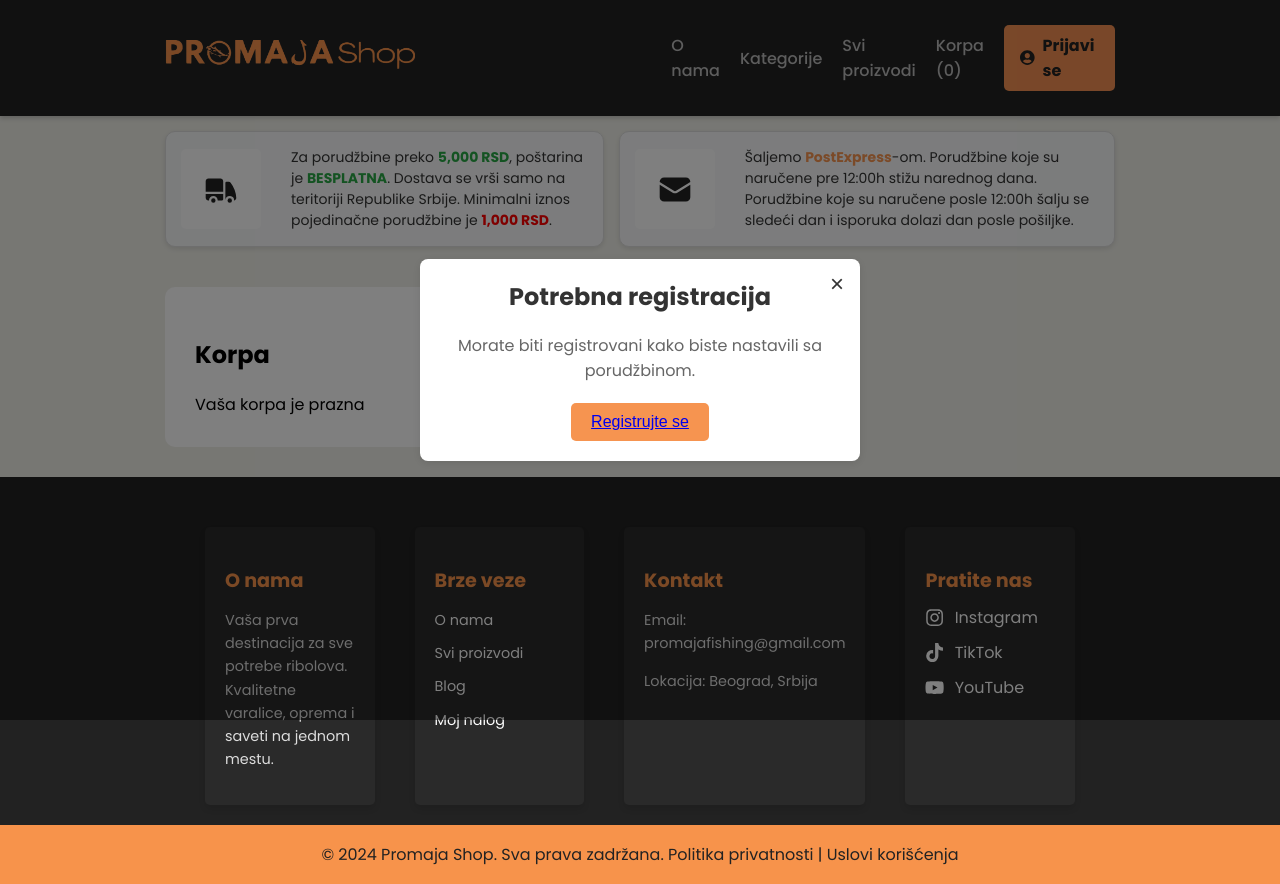
Repository: dimitrijekokovic/PromajaShopFront
Page: /cart
An editor plug-in stored every save of this project. The page is shown before and after the next save, followed by the edit.
The browser window is 1280 px wide. The pictures show the whole page.
The page's requests for data from a server got no answer. The project was rebuilt for these pictures with package versions that can differ from the ones it lists, and the page was loaded fresh each time. The framework's server and built-in components were replaced by stand-ins that run in the browser. No one was signed in, and anything a server would have sent is missing. Also part of the build but not shown: next.config.js, next.config.mjs, lib/colors.js, components/Button.js, components/Table.js, components/Input.js.

Above is the page before, as saved 2025-02-20 14:55:52.

After the next save:
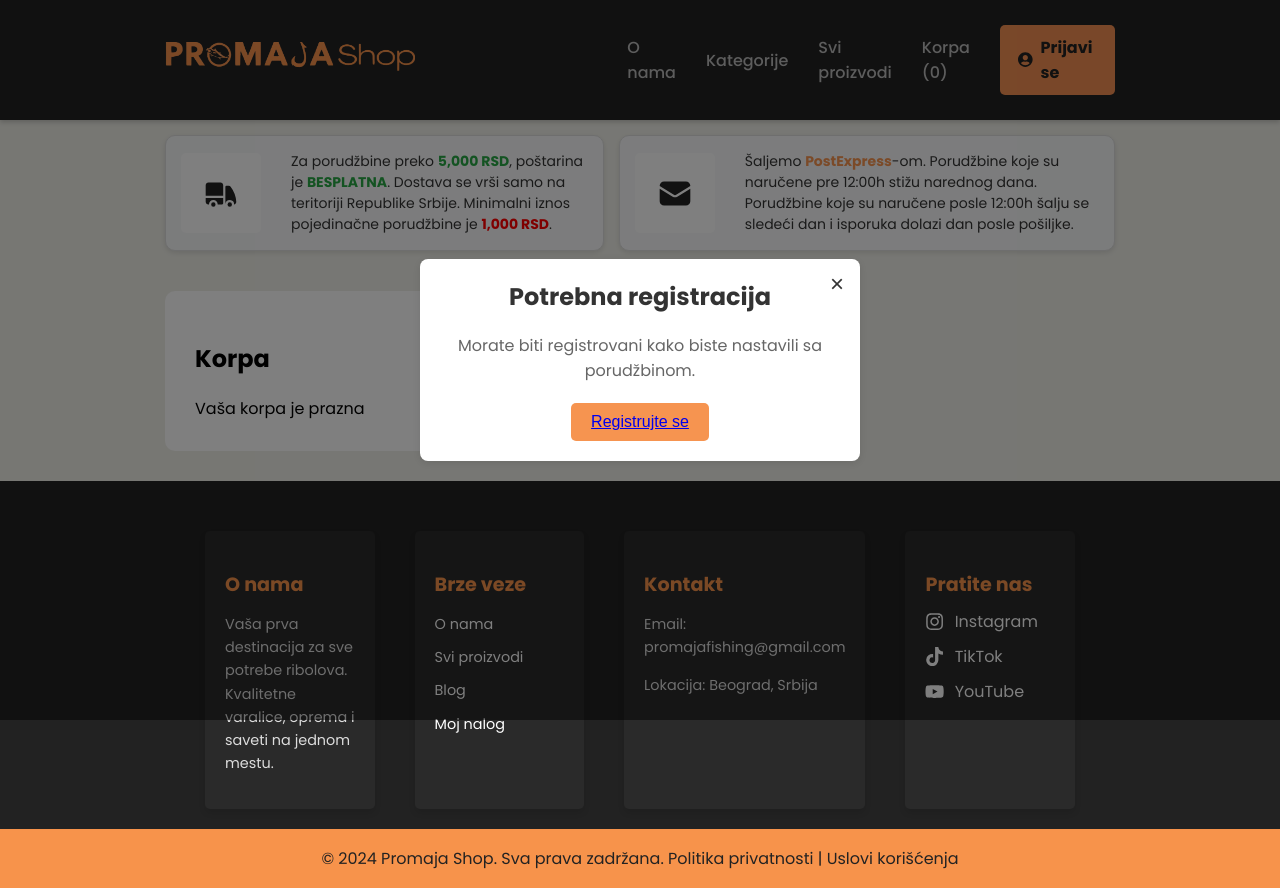
Saved 4 min 58 s later.
--- a/components/Header.js
+++ b/components/Header.js
@@ -10,7 +10,7 @@ import CategoriesDropdown from "./CategoriesDropdown";
 const StyledHeader = styled.header`
   background-color: #222;
   color: #FFA500;
-  padding: 25px 30px; /* Vraćena normalna veličina */
+  padding: 25px 40px; /* Više prostora na desktopu da se ne zbiju stavke */
   box-shadow: 0 2px 5px rgba(0, 0, 0, 0.2);
 `;
 
@@ -23,7 +23,7 @@ const Wrapper = styled.div`
 
 const StyledNav = styled.nav`
   display: flex;
-  gap: 20px;
+  gap: 30px; /* Veći razmak među stavkama u meniju */
   align-items: center;
 
   @media (max-width: 768px) {
@@ -53,13 +53,17 @@ const NavLink = styled(Link)`
   &:hover {
     color: #fff;
   }
+
+  @media (max-width: 768px) {
+    ${({ hideOnMobile }) => hideOnMobile && "display: none;"} /* Sakrivamo Korpu na telefonima */
+  }
 `;
 
 const LoginButton = styled(Link)`
   display: flex;
   align-items: center;
   justify-content: center;
-  padding: 8px 16px;
+  padding: 10px 18px; /* Malo veće dugme za desktop */
   background-color: #f39052;
   color: #222222;
   text-decoration: none;
@@ -103,14 +107,14 @@ const MobileHeaderWrapper = styled.div`
   width: 100%;
 `;
 
-/* Ikonica korpe na telefonu - više nije preko logotipa */
+/* Pomereno još ulevo da ne bude na logotipu */
 const MobileCartWrapper = styled.div`
   display: none;
 
   @media (max-width: 768px) {
     display: flex;
     position: absolute;
-    left: 15px;
+    left: 5px; /* Još više ulevo */
     top: 50%;
     transform: translateY(-50%);
   }
@@ -118,13 +122,13 @@ const MobileCartWrapper = styled.div`
 
 const MobileCartIcon = styled(Link)`
   color: #FFA500;
-  font-size: 22px;
+  font-size: 24px; /* Veća ikonica */
   display: flex;
   align-items: center;
 `;
 
 const LogoWrapper = styled.div`
-  max-width: 250px; /* Vraćena normalna veličina na desktop */
+  max-width: 250px;
 
   @media (max-width: 768px) {
     max-width: 160px;
@@ -151,7 +155,7 @@ export default function Header() {
       <Center>
         <Wrapper>
           <MobileHeaderWrapper>
-            {/* Mobilna Korpa - Premestili smo je van logotipa */}
+            {/* Mobilna Korpa - Pomereno da ne bude na logotipu */}
             <MobileCartWrapper>
               <MobileCartIcon href="/cart">
                 <FaShoppingCart />
@@ -184,7 +188,7 @@ export default function Header() {
             <NavLink href="/aboutus">O nama</NavLink>
             <CategoriesDropdown />
             <NavLink href="/products">Svi proizvodi</NavLink>
-            <NavLink href="/cart">Korpa ({cartProducts?.length || 0})</NavLink>
+            <NavLink href="/cart" hideOnMobile>Korpa ({cartProducts?.length || 0})</NavLink>
 
             {isLoggedIn ? (
               <LoginButton href="/account">
